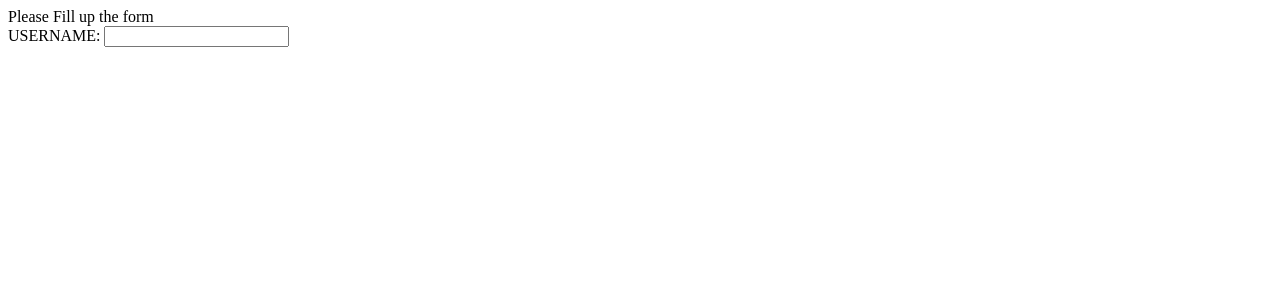
Repository: ShashantNagpure/AllProjects
Page: http://localhost/SessionMgmt/
An editor plug-in stored every save of this project. The page is shown before and after a run of saves, followed by the edit.
The browser window is 1280 px wide. The pictures show the whole page.
The page is served by Tomcat 9.

Above is the page before, as saved 2018-09-19 05:48:14.

### Servers/SessionMgmt/WebContent/index.jsp
<?xml version="1.0" encoding="ISO-8859-1" ?>
<%@ page language="java" contentType="text/html; charset=ISO-8859-1"
    pageEncoding="ISO-8859-1"%>
<!DOCTYPE html PUBLIC "-//W3C//DTD XHTML 1.0 Transitional//EN" "http://www.w3.org/TR/xhtml1/DTD/xhtml1-transitional.dtd">
<html xmlns="http://www.w3.org/1999/xhtml">
<head>
<meta http-equiv="Content-Type" content="text/html; charset=ISO-8859-1" />
<title>Insert title here</title>
</head>
<body>
Please Fill up the form
<form action="login" method="post">
USERNAME: <input type="text" name="username"></input>

</form>
</body>
</html>

After the next 2 saves:
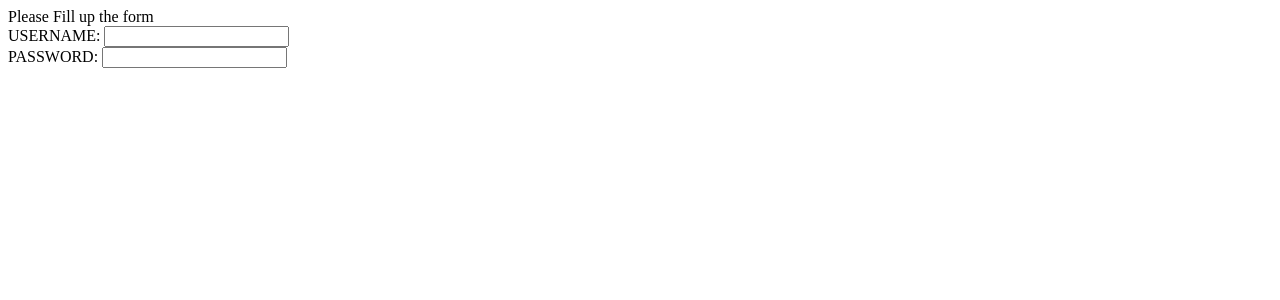
The 2 saves are shown as one change because they came seconds apart.
The last was saved 40 s later.
--- a/Servers/SessionMgmt/WebContent/index.jsp
+++ b/Servers/SessionMgmt/WebContent/index.jsp
@@ -10,7 +10,8 @@
 <body>
 Please Fill up the form
 <form action="login" method="post">
-USERNAME: <input type="text" name="username"></input>
+USERNAME: <input type="text" name="username"><br>
+PASSWORD: <input type="password" name="password"><br>
 
 </form>
 </body>
